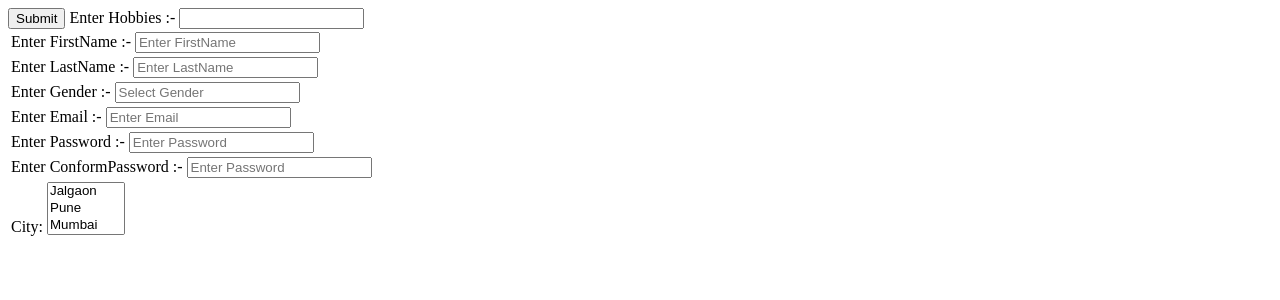
Repository: shzkhar/ISM_ADV_JAVA_23
Page: http://localhost/JSPRegiDemo/Regi.jsp
These files come from the project's save history. The page is drawn as it stood at one moment and after the next save; the edit follows.
The browser window is 1280 px wide. The pictures show the whole page.
The page is served by Tomcat 9. Other server files are loaded and not shown.

Above is the page before, as saved 2023-04-01 10:12:56.

### JSPRegiDemo/src/main/webapp/Regi.jsp
<%@ page language="java" contentType="text/html; charset=ISO-8859-1"
    pageEncoding="ISO-8859-1"%>
<!DOCTYPE html>
<html>
<head>
<meta charset="ISO-8859-1">
<title>Insert title here</title>
</head>
<body>
    <form action="Registration" method="post">
        <table>
        <tr>
           <td> Enter FirstName :- <input text="type" name="firstname" placeholder="Enter FirstName"/><td></tr>
          <tr> <td> Enter LastName :- <input text="type" name="lastname" placeholder="Enter LastName"/><td></tr>
            <tr> <td> Enter Gender :- <input text="type" name="gender" placeholder="Select Gender"/> </tr> </td>
            <tr> <td> Enter Email :- <input text="type" name="email" placeholder="Enter Email"/></tr> </td>
            <tr> <td> Enter Password :- <input text="password" name="pass" placeholder="Enter Password"/></tr> </td>
            <tr> <td> Enter ConformPassword :- <input text="password" name="cnfpass" placeholder="Enter Password"/></tr> </td>
            <tr> <td> <label for="City">City:</label>
    <select id="city" name="city" size="3">
    <option value="Jalgaon">Jalgaon</option>
    <option value="Pune">Pune</option>
    <option value="Mumbai">Mumbai</option>
    <option value="Ahmedabad">Ahmedabad</option>
  </select></tr> </td>
  <input type="submit">
            Enter Hobbies :- <input text="type" name="hobbies" />

        <tr>
        </table>
    </form>
</body>
</html>

After the next save:
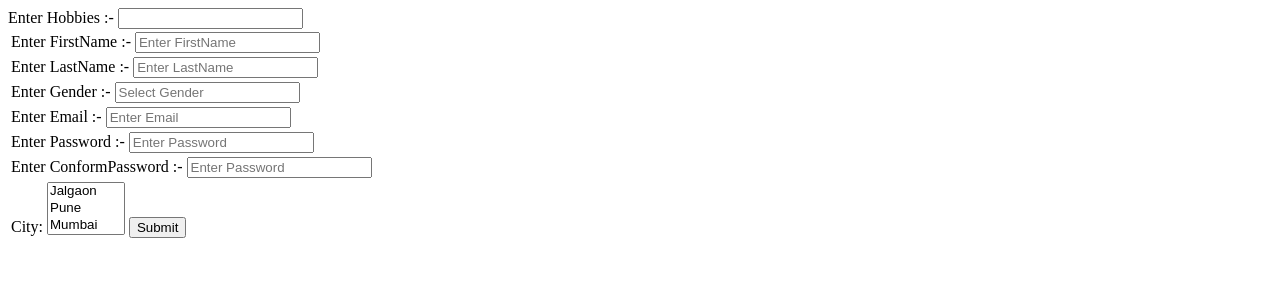
Saved 55 s later.
--- a/JSPRegiDemo/src/main/webapp/Regi.jsp
+++ b/JSPRegiDemo/src/main/webapp/Regi.jsp
@@ -22,8 +22,8 @@
     <option value="Pune">Pune</option>
     <option value="Mumbai">Mumbai</option>
     <option value="Ahmedabad">Ahmedabad</option>
-  </select></tr> </td>
-  <input type="submit">
+  </select>
+  <input type="submit"></tr> </td>
             Enter Hobbies :- <input text="type" name="hobbies" />
 
         <tr>
